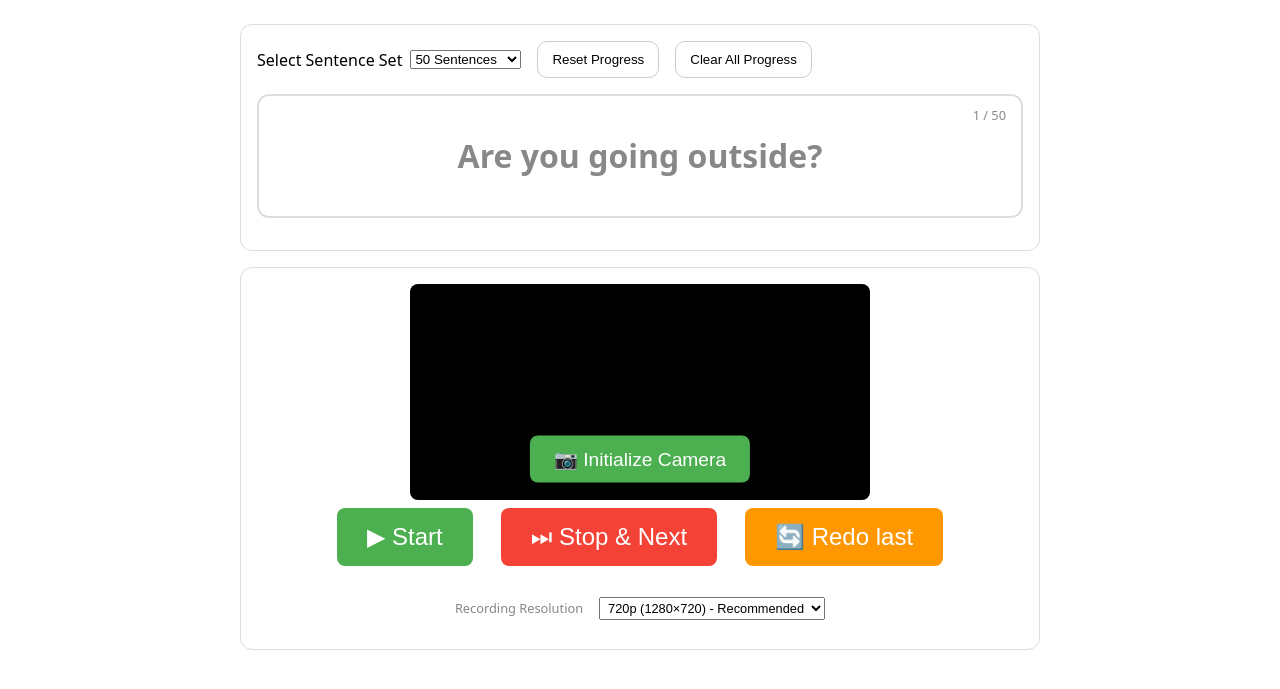
Repository: video2speech/video2speech.github.io
Page: index.html
An editor plug-in stored every save of this project. The page is shown before and after the next save, followed by the edit.
The browser window is 1280 px wide. The pictures show the whole page.

Above is the page before, as saved 2025-09-04 12:42:00.

After the next save:
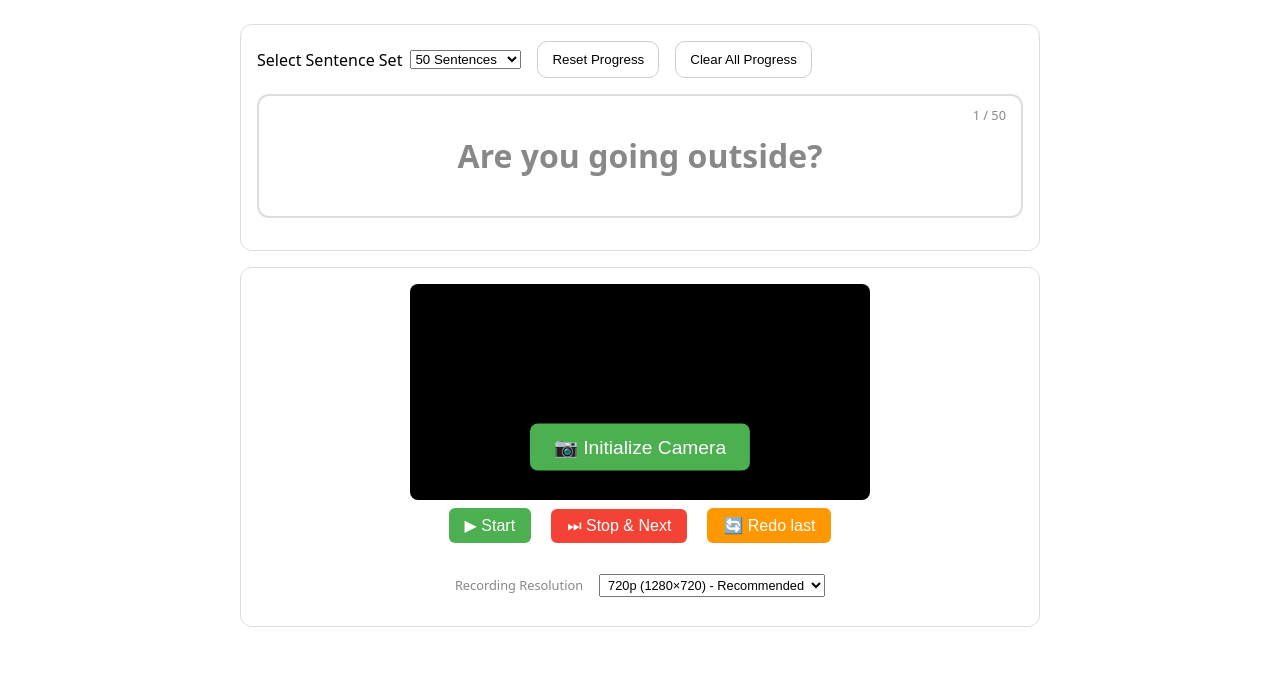
Saved 18 s later.
--- a/index.html
+++ b/index.html
@@ -63,14 +63,14 @@
       <button id="init" style="font-size: 1.2rem; padding: 12px 24px; background: #4CAF50; color: white; border: none; border-radius: 8px; cursor: pointer;">📷 Initialize Camera</button>
     </div>
     <div id="recordingStatus" style="position: absolute; top: 15px; right: 15px; z-index: 15; font-size: 1rem; font-weight: bold; color: #888; background: rgba(255, 255, 255, 0.9); padding: 6px 12px; border-radius: 15px; display: none;">Preparing</div>
-    <div class="row" style="margin-top:8px; justify-content: center;">
-      <button id="start" style="font-size: 1.5rem; padding: 15px 30px; background: #4CAF50; color: white; border: none; border-radius: 8px; cursor: pointer; margin: 0 10px;">▶ Start</button>
-      <button id="stop" style="font-size: 1.5rem; padding: 15px 30px; background: #f44336; color: white; border: none; border-radius: 8px; cursor: pointer; margin: 0 10px;">⏭ Stop & Next</button>
-      <button id="redo" style="font-size: 1.5rem; padding: 15px 30px; background: #FF9800; color: white; border: none; border-radius: 8px; cursor: pointer; margin: 0 10px;">🔄 Redo last</button>
-    </div>
-    <div class="row" style="margin-top:8px; justify-content: center;">
-      <button id="downloadAll" style="font-size: 1.5rem; padding: 15px 30px; background: #2196F3; color: white; border: none; border-radius: 8px; cursor: pointer; margin: 0 10px; display:none">💾 SAVE ALL</button>
-    </div>
+          <div class="row" style="margin-top:8px; justify-content: center;">
+        <button id="start" style="font-size: 1rem; padding: 8px 16px; background: #4CAF50; color: white; border: none; border-radius: 6px; cursor: pointer; margin: 0 6px;">▶ Start</button>
+        <button id="stop" style="font-size: 1rem; padding: 8px 16px; background: #f44336; color: white; border: none; border-radius: 6px; cursor: pointer; margin: 0 6px;">⏭ Stop & Next</button>
+        <button id="redo" style="font-size: 1rem; padding: 8px 16px; background: #FF9800; color: white; border: none; border-radius: 6px; cursor: pointer; margin: 0 6px;">🔄 Redo last</button>
+      </div>
+      <div class="row" style="margin-top:8px; justify-content: center;">
+        <button id="downloadAll" style="font-size: 1rem; padding: 8px 16px; background: #2196F3; color: white; border: none; border-radius: 6px; cursor: pointer; margin: 0 6px; display:none">💾 SAVE ALL</button>
+      </div>
     <div class="row">
       <button id="clearAll" style="display:none">Clear Storage</button>
     </div>
